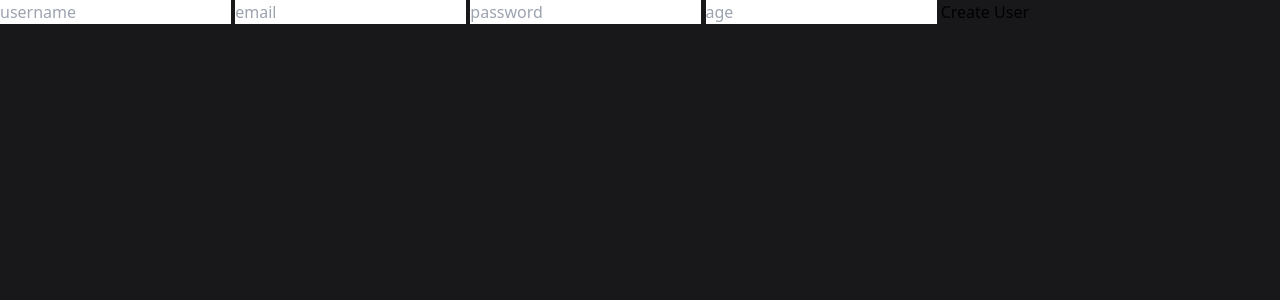
Repository: sulabh5911/login-Page
Page: http://localhost/
The author's editor kept a copy of each file at every save. The page is drawn from the files as they stood at one save, then again after a run of saves.
The browser window is 1280 px wide. The pictures show the whole page.
Some web libraries are served in a nearby version. The page is served by the project's Node server (app.js). Other server files are loaded and not shown.

Above is the page before, as saved 2024-08-28 15:19:43.

### views/index.ejs
<!DOCTYPE html>
<html lang="en">
<head>
    <meta charset="UTF-8">
    <meta name="viewport" content="width=device-width, initial-scale=1.0">
    <title>Document</title>
    <script src="https://cdn.tailwindcss.com"></script>
</head>
<body>
    <div class="w-full h-screen bg-zinc-900">
        <form method="post" action="">
            <input class="" type="text" placeholder="username" name="username">
            <input class="" type="email" placeholder="email" name="email">
            <input class="" type="password" placeholder="password" name="password">
            <input class="" type="number" placeholder="age" name="age">
            <input type="submit" value="Create User">
        </form>
    </div>
</body>
</html>

### app.js
const express=require('express');
const app=express();
const userModel=require("./models/user");
const cookieParser=require('cookie-parser');
const path=require('path');
app.set("view engine","ejs");
app.use(express.json());
app.use(express.urlencoded({extended:true}));
app.use(express.static(path.join(__dirname,'public')));
app.use(cookieParser());

app.get('/',function(req,res){
    res.render('index');
})

app.listen(3000);

After the next 2 saves:
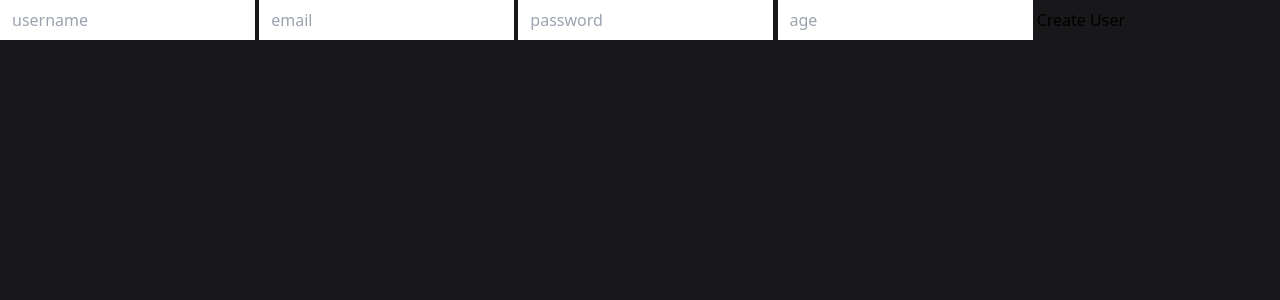
The 2 saves are shown as one change because they came seconds apart.
The last was saved 12 s later.
--- a/views/index.ejs
+++ b/views/index.ejs
@@ -9,10 +9,10 @@
 <body>
     <div class="w-full h-screen bg-zinc-900">
         <form method="post" action="">
-            <input class="" type="text" placeholder="username" name="username">
-            <input class="" type="email" placeholder="email" name="email">
-            <input class="" type="password" placeholder="password" name="password">
-            <input class="" type="number" placeholder="age" name="age">
+            <input class="px-3 py-2 " type="text" placeholder="username" name="username">
+            <input class="px-3 py-2 " type="email" placeholder="email" name="email">
+            <input class="px-3 py-2 " type="password" placeholder="password" name="password">
+            <input class="px-3 py-2 " type="number" placeholder="age" name="age">
             <input type="submit" value="Create User">
         </form>
     </div>
